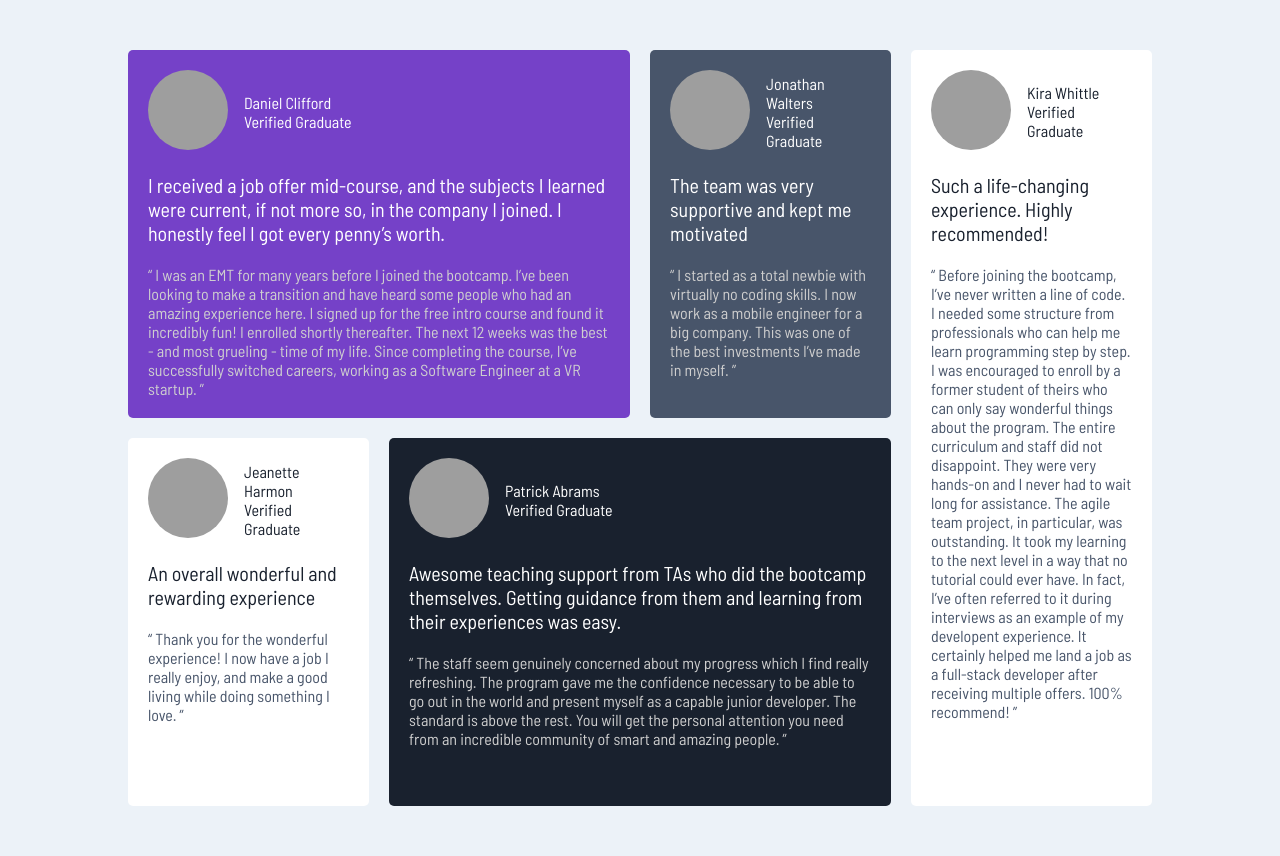
Repository: nptg3105/lab02-testimonials-grid
Page: index.html
The author's editor kept a copy of each file at every save. The page is drawn from the files as they stood at one save, then again after the next save.
The browser window is 1280 px wide. The pictures show the whole page.
Pictures or frames that could not be fetched are drawn as grey boxes. The style sheet was rebuilt from its Sass, Less or Tailwind sources for each picture, by a compiler version that may differ from the author's.

Above is the page before, as saved 2021-12-08 05:59:37.

### index.html
<!DOCTYPE html>
<html lang="en">
  <head>
    <meta charset="UTF-8" />
    <meta http-equiv="X-UA-Compatible" content="IE=edge" />
    <meta name="viewport" content="width=device-width, initial-scale=1.0" />
    <title>Lab02 - Testimonials</title>
    <link rel="stylesheet" href="style.css" />
    <link
      href="https://fonts.googleapis.com/css2?family=Barlow+Semi+Condensed:wght@400;500;700&display=swap"
      rel="stylesheet"
    />
  </head>
  <body>
    <div class="container">
      <div class="testimonials">
        <div class="testimonials__item testimonials__item--violet">
          <div class="author">
            <div class="author__avatar">
              <img
                src="https://images.unsplash.com/photo-1570295999919-56ceb5ecca61?ixlib=rb-1.2.1&ixid=MnwxMjA3fDB8MHxzZWFyY2h8OHx8bWFufGVufDB8fDB8fA%3D%3D&auto=format&fit=crop&w=500&q=60"
                alt=""
              />
            </div>
            <div class="author__name">
              Daniel Clifford <br />
              Verified Graduate
            </div>
          </div>
          <div class="testimonials__heading">
            I received a job offer mid-course, and the subjects I learned were
            current, if not more so, in the company I joined. I honestly feel I
            got every penny’s worth.
          </div>
          <div class="testimonials__desc">
            “ I was an EMT for many years before I joined the bootcamp. I’ve
            been looking to make a transition and have heard some people who had
            an amazing experience here. I signed up for the free intro course
            and found it incredibly fun! I enrolled shortly thereafter. The next
            12 weeks was the best - and most grueling - time of my life. Since
            completing the course, I’ve successfully switched careers, working
            as a Software Engineer at a VR startup. ”
          </div>
        </div>
        <div class="testimonials__item testimonials__item--grey">
          <div class="author">
            <div class="author__avatar">
              <img
                src="https://images.unsplash.com/photo-1570295999919-56ceb5ecca61?ixlib=rb-1.2.1&ixid=MnwxMjA3fDB8MHxzZWFyY2h8OHx8bWFufGVufDB8fDB8fA%3D%3D&auto=format&fit=crop&w=500&q=60"
                alt=""
              />
            </div>
            <div class="author__name">
              Jonathan Walters <br />
              Verified Graduate
            </div>
          </div>
          <div class="testimonials__heading">
            The team was very supportive and kept me motivated
          </div>
          <div class="testimonials__desc">
            “ I started as a total newbie with virtually no coding skills. I now
            work as a mobile engineer for a big company. This was one of the
            best investments I’ve made in myself. ”
          </div>
        </div>
        <div class="testimonials__item testimonials__item--tall">
          <div class="author">
            <div class="author__avatar">
              <img
                src="https://images.unsplash.com/photo-1570295999919-56ceb5ecca61?ixlib=rb-1.2.1&ixid=MnwxMjA3fDB8MHxzZWFyY2h8OHx8bWFufGVufDB8fDB8fA%3D%3D&auto=format&fit=crop&w=500&q=60"
                alt=""
              />
            </div>
            <div class="author__name author__name--black">
              Kira Whittle <br />
              Verified Graduate
            </div>
          </div>
          <div class="testimonials__heading testimonials__heading--black">
            Such a life-changing experience. Highly recommended!
          </div>
          <div class="testimonials__desc testimonials__desc--grey">
            “ Before joining the bootcamp, I’ve never written a line of code. I
            needed some structure from professionals who can help me learn
            programming step by step. I was encouraged to enroll by a former
            student of theirs who can only say wonderful things about the
            program. The entire curriculum and staff did not disappoint. They
            were very hands-on and I never had to wait long for assistance. The
            agile team project, in particular, was outstanding. It took my
            learning to the next level in a way that no tutorial could ever
            have. In fact, I’ve often referred to it during interviews as an
            example of my developent experience. It certainly helped me land a
            job as a full-stack developer after receiving multiple offers. 100%
            recommend! ”
          </div>
        </div>
        <div class="testimonials__item testimonials__item--white">
          <div class="author">
            <div class="author__avatar">
              <img
                src="https://images.unsplash.com/photo-1570295999919-56ceb5ecca61?ixlib=rb-1.2.1&ixid=MnwxMjA3fDB8MHxzZWFyY2h8OHx8bWFufGVufDB8fDB8fA%3D%3D&auto=format&fit=crop&w=500&q=60"
                alt=""
              />
            </div>
            <div class="author__name author__name--black">
              Jeanette Harmon <br />
              Verified Graduate
            </div>
          </div>
          <div class="testimonials__heading testimonials__heading--black">
            An overall wonderful and rewarding experience
          </div>
          <div class="testimonials__desc testimonials__desc--grey">
            “ Thank you for the wonderful experience! I now have a job I really
            enjoy, and make a good living while doing something I love. ”
          </div>
        </div>
        <div class="testimonials__item testimonials__item--black">
          <div class="author">
            <div class="author__avatar">
              <img
                src="https://images.unsplash.com/photo-1570295999919-56ceb5ecca61?ixlib=rb-1.2.1&ixid=MnwxMjA3fDB8MHxzZWFyY2h8OHx8bWFufGVufDB8fDB8fA%3D%3D&auto=format&fit=crop&w=500&q=60"
                alt=""
              />
            </div>
            <div class="author__name">
              Patrick Abrams <br />
              Verified Graduate
            </div>
          </div>
          <div class="testimonials__heading">
            Awesome teaching support from TAs who did the bootcamp themselves.
            Getting guidance from them and learning from their experiences was
            easy.
          </div>
          <div class="testimonials__desc">
            “ The staff seem genuinely concerned about my progress which I find
            really refreshing. The program gave me the confidence necessary to
            be able to go out in the world and present myself as a capable
            junior developer. The standard is above the rest. You will get the
            personal attention you need from an incredible community of smart
            and amazing people. ”
          </div>
        </div>
      </div>
    </div>
  </body>
</html>

### style.scss
$font-main:'Barlow Semi Condensed',
sans-serif;
$violet-color:#7541c8;
$grey-color: #48556a;
$light-grey-color: #cfcfcf;
$white-color: #fff;
$bg-color: #ecf2f8;
$black-color: #19212e;

* {
    box-sizing: border-box;
    margin: 0;
    padding: 0;
}

body {
    background-color: $bg-color;
}

.container {
    max-width: 1024px;
    margin: 50px auto;

}

.testimonials {
    font-family: $font-main;
    display: grid;
    gap: 20px;
    grid-template-columns: repeat(4, 1fr);
    grid-template-rows: repeat(2, 1fr);
    grid-template-areas: "violet-area violet-area grey-area white-tall-area"
        "white-area black-area black-area white-tall-area";
    color: $white-color;

    &__item {
        border-radius: 5px;
        padding: 20px;

        &--violet {
            background-color: $violet-color;
            grid-area: violet-area;
        }

        &--grey {
            background-color: $grey-color;
            grid-area: grey-area;
        }

        &--tall {
            background-color: $white-color;
            grid-area: white-tall-area;

        }

        &--white {
            background-color: $white-color;
            grid-area: white-area;
        }

        &--black {
            background-color: $black-color;
            grid-area: black-area;
        }
    }

    &__heading {
        margin: 20px 0;
        font-size: 20px;
    }

    &__heading--black {
        color: $black-color;
    }

    &__desc {
        color: $light-grey-color;
    }

    &__desc--grey {
        color: $grey-color;
    }
}

.author {
    display: flex;
    align-items: center;

    &__name--black {
        color: $black-color;
    }

    &__avatar {
        margin-right: 16px;

        img {
            object-fit: cover;
            width: 80px;
            height: 80px;
            border-radius: 50%;

        }
    }

}

After the next save:
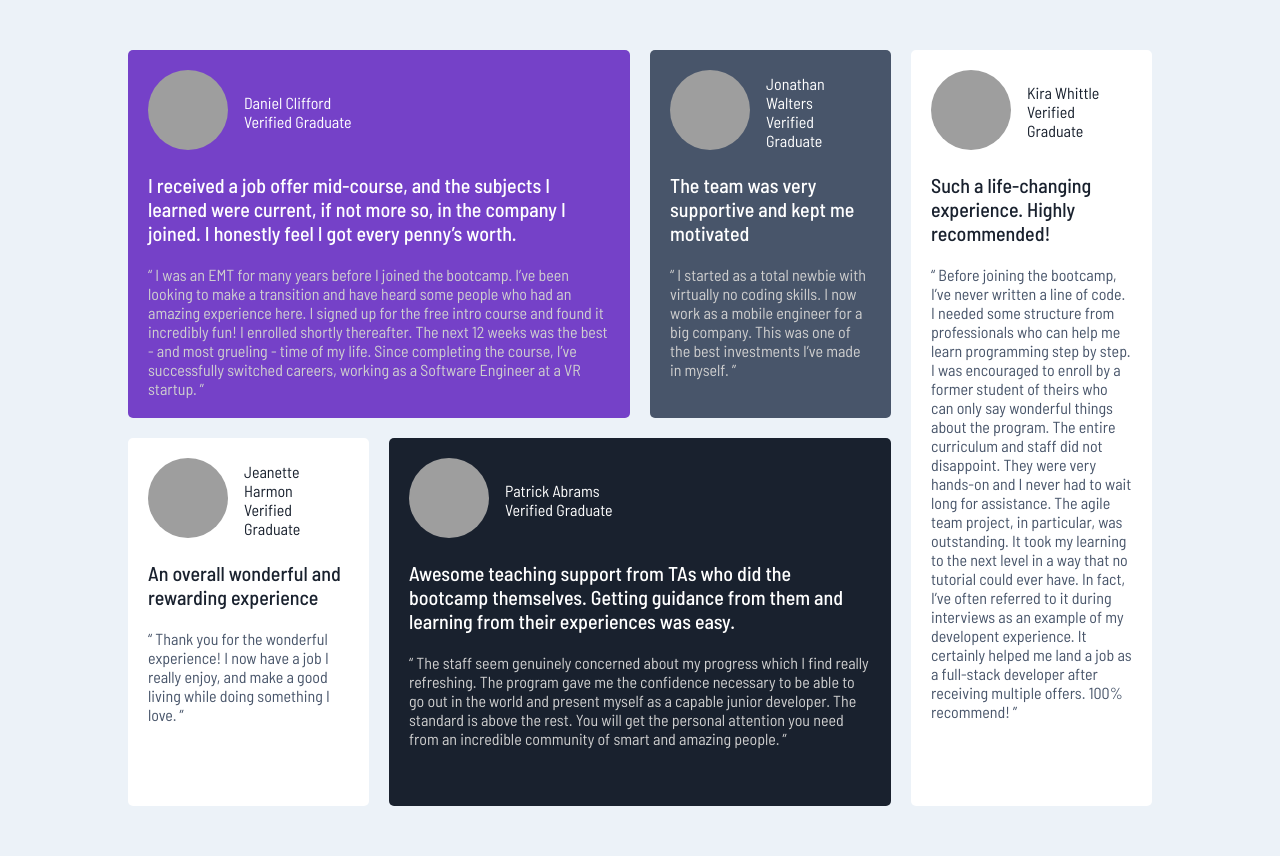
Saved 7 s later.
--- a/style.scss
+++ b/style.scss
@@ -67,6 +67,7 @@ body {
     &__heading {
         margin: 20px 0;
         font-size: 20px;
+        font-weight: 500;
     }
 
     &__heading--black {
